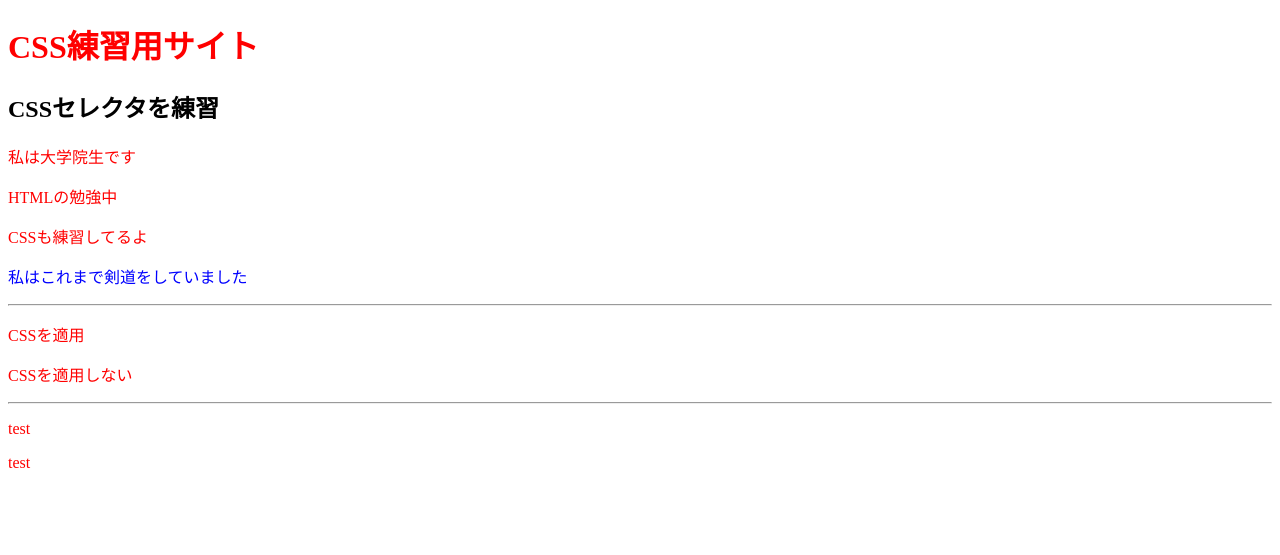
Repository: haruki-N/WebApp
Page: CSS/css_practice.html
The author's editor kept a record of every edit. The page is drawn from the files as they stood at one moment, then again after the next edit.
The browser window is 1280 px wide. The pictures show the whole page.

Above is the page before.

After the next edit:
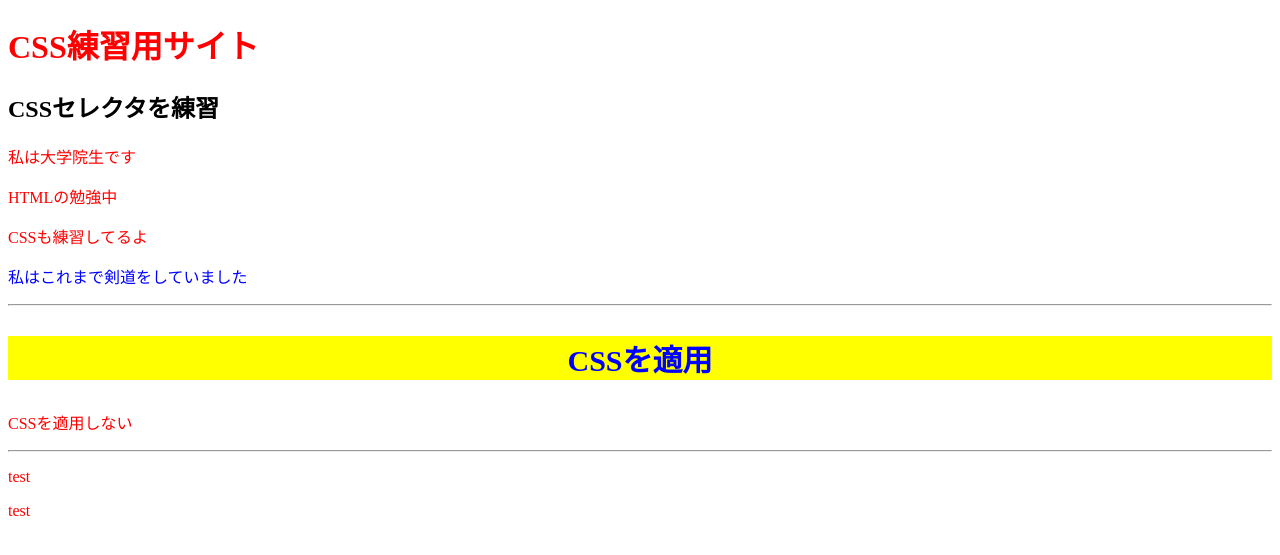
The edit:
--- a/CSS/practice.css
+++ b/CSS/practice.css
@@ -9,3 +9,15 @@
 h2:hover {/*hover時の擬似クラス */
     color: green;
 }
+
+#css {
+    background-color: yellow;
+    color: blue;
+    font-size: 30px;
+    text-align: center;
+    font-weight: bold;
+}
+
+img {
+    width: 100%;
+}
